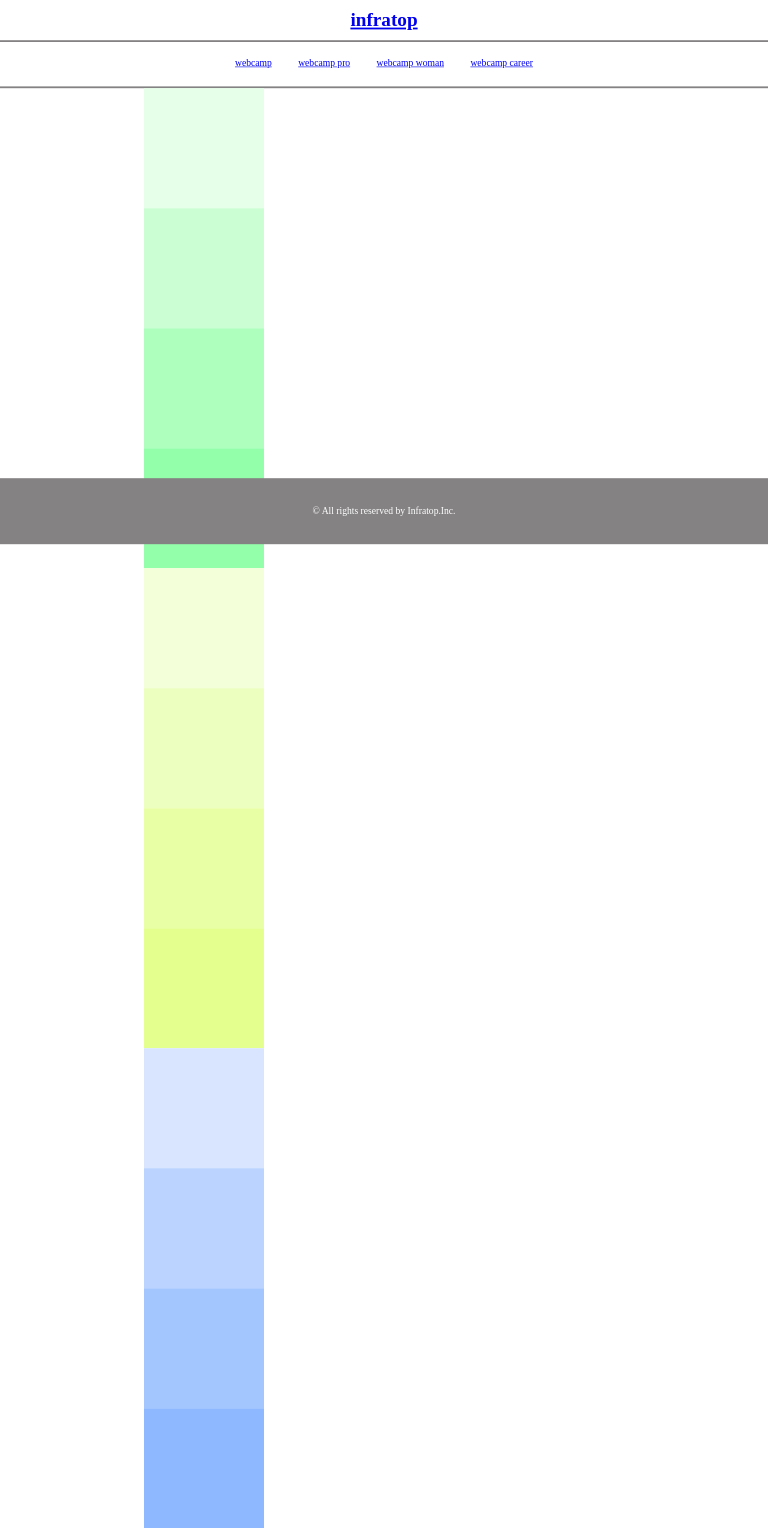
Repository: Souax/prac_20231021
Page: Chapter5/5.html
The author's editor kept a record of every edit. The page is drawn from the files as they stood at one moment, then again after the next edit.
The browser window is 1280 px wide. The pictures show the whole page, at 60% of full size.

Above is the page before.

### Chapter5/5.html
<!DOCTYPE html>
<html lang="ja">

  <head>
  <meta charset="UTF-8">
  <link rel="stylesheet" href="5.css">
  <title>5章</title>
  </head>

  <boody>
    <header>
      <h1 class="heading">
        <a href="5.html">
          infratop
        </a>
      </h1>
    </header>

    <nav>
      <ul class="nav-list">
        <li class="nav-list-item">
          <a href="5.html">webcamp</a>
        </li>
        <li class="nav-list-item">
          <a href="5.html">webcamp pro</a>
        </li>
        <li class="nav-list-item">
          <a href="5.html">webcamp woman</a>
        </li>
        <li class="nav-list-item">
          <a href="5.html">webcamp career</a>
        </li>
      </ul>
    </nav>

    <main>
    <div class="box1"></div>
    <div class="box2"></div>
    <div class="box3"></div>
    <div class="box4"></div>
    <div class="box5"></div>
    <div class="box6"></div>
    <div class="box7"></div>
    <div class="box8"></div>
    <div class="box9"></div>
    <div class="box10"></div>
    <div class="box11"></div>
    <div class="box12"></div>
    </main>

    <footer>
      <p class="footer-text">© All rights reserved by Infratop.Inc.</p>
    </footer>
  </boody>
</html>

### Chapter5/5.css
*{
  margin:0;
  padding:0;
  box-sizing:border-box;
}

header{
  width:90%;
  padding:15px 0;
  margin:0 auto;
  text-align:center;
}

header .heading{
  font-size:32px;
}


nav{
  width:100%;
  height:80px;
  border-top:solid #848282;
  border-bottom:solid #848282;
}

.nav-list{
  text-align:center;
  padding:15px 0;
  margin:0 auto;
  line-height:40px;
}

.nav-list-item{
  list-style:none;
  display:inline-block;
  margin:0 20px;
}

main{
  width:800px;
  height:650px;
  margin:0 auto;
}

.box1 {
  width: 200px;
  height: 200px;
  background-color: #e6ffe9;
}

.box2 {
  width: 200px;
  height: 200px;
  background-color: #cbffd3;
}

.box3 {
  width: 200px;
  height: 200px;
  background-color: #aeffbd;
}

.box4 {
  width: 200px;
  height: 200px;
  background-color: #93ffab;
}

.box5 {
  width: 200px;
  height: 200px;
  background-color: #f3ffd8;
}

.box6 {
  width:200px;
  height: 200px;
  background-color: #edffbe;
}

.box7 {
  width: 200px;
  height: 200px;
  background-color: #e9ffa5;
}

.box8 {
  width: 200px;
  height: 200px;
  background-color: #e4ff8d;
}

.box9 {
  width: 200px;
  height: 200px;
  background-color: #d9e5ff;
}

.box10 {
  width: 200px;
  height: 200px;
  background-color: #bad3ff;
}

.box11 {
  width: 200px;
  height: 200px;
  background-color: #a4c6ff;
}

.box12 {
  width: 200px;
  height: 200px;
  background-color: #8eb8ff;
}

footer{
  width:100%;
  height:110px;
  text-align:center;
  line-height:110px;
  background-color:#848282;
}

.footer-text{
  color:#fff;
}

After the next edit:
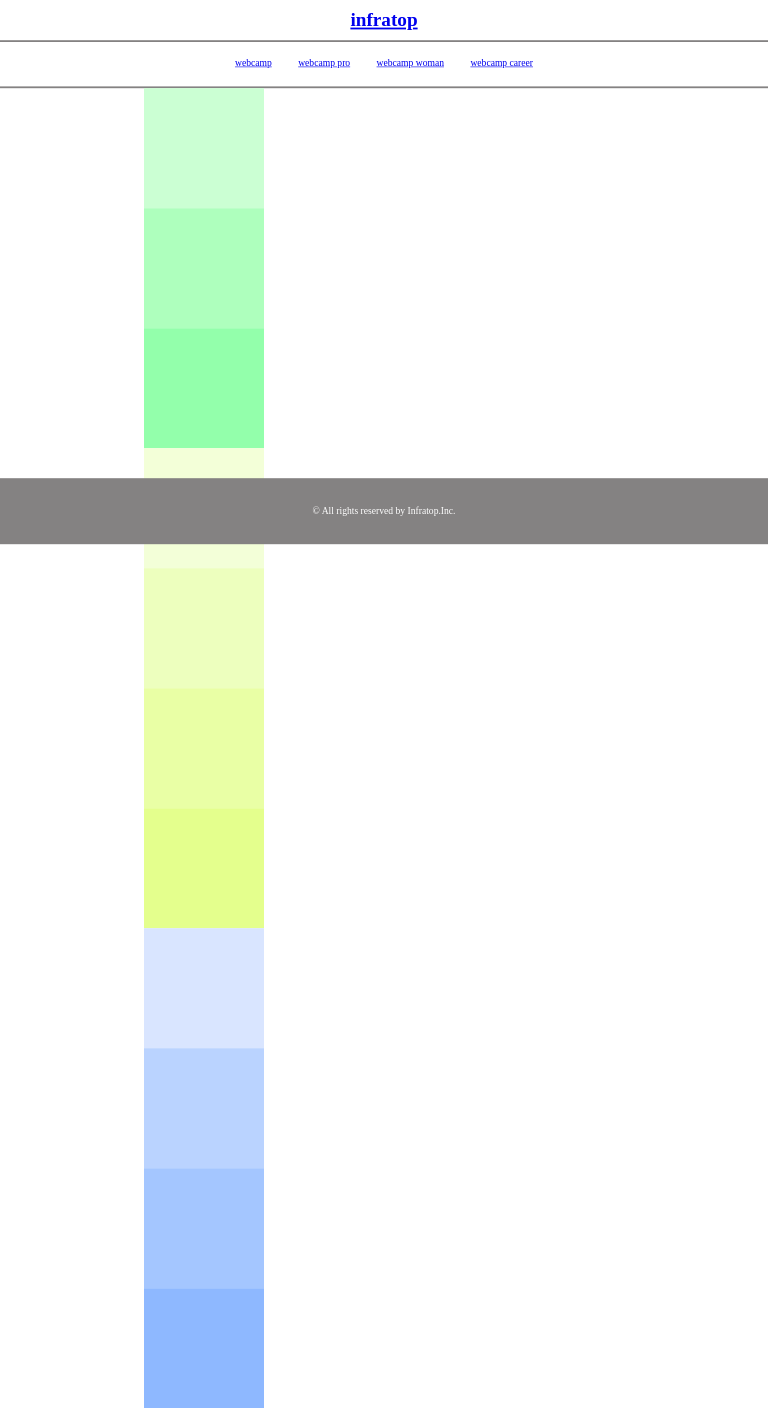
The edit:
--- a/Chapter5/5.css
+++ b/Chapter5/5.css
@@ -42,7 +42,7 @@
   margin:0 auto;
 }
 
-.box1 {
+.box-1 {
   width: 200px;
   height: 200px;
   background-color: #e6ffe9;
